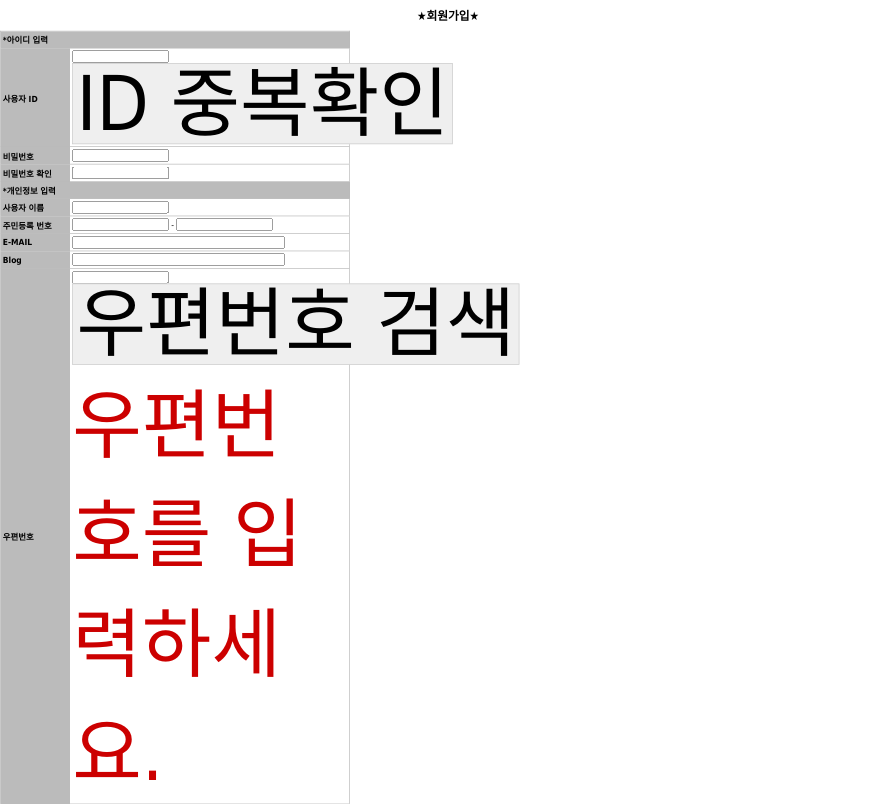
Repository: eParkjongtaek/lovedisket
Page: http://localhost/KH18_1/0904/inputForm.jsp
These files come from the project's save history. The page is drawn as it stood at one moment and after the next save; the edit follows.
The browser window is 1280 px wide. The pictures show the whole page, at 70% of full size.
The page is served by Tomcat 9.

Above is the page before, as saved 2017-09-04 04:25:24.

After the next save:
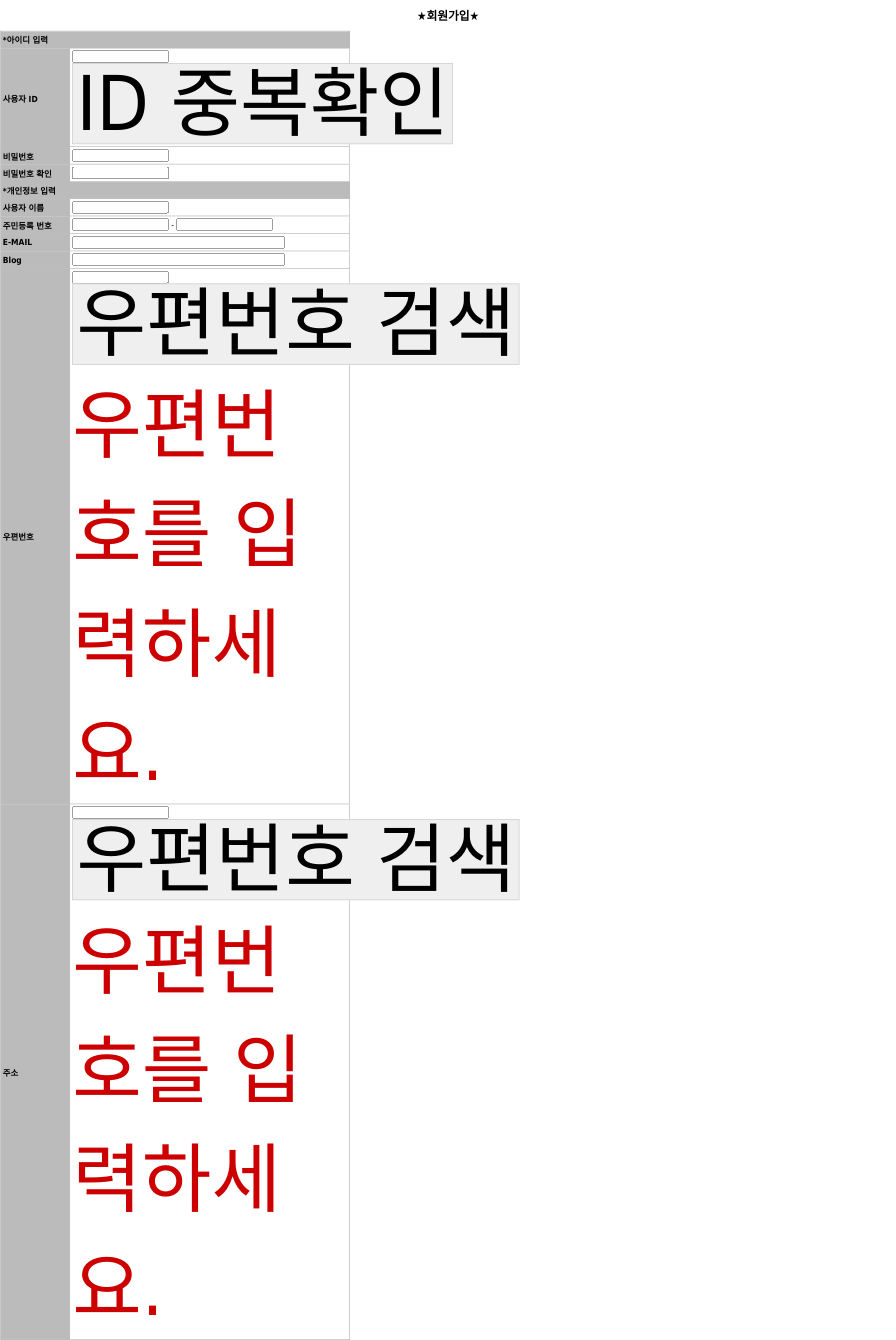
Saved 23 s later.
--- a/source/KH18_1/WebContent/0904/inputForm.jsp
+++ b/source/KH18_1/WebContent/0904/inputForm.jsp
@@ -116,6 +116,13 @@ function checkIt()
 						<span>우편번호를 입력하세요.</span>
 					</td>
 				</tr>
+				<tr>
+					<th>주소</th>
+					<td>
+						<input type="text" name="address" /><input type="button" value="우편번호 검색" class="inputBtn" onclick="javascript:zipCheck();" />
+						<span>우편번호를 입력하세요.</span>
+					</td>
+				</tr>
 			</table>
 
 		</div>
